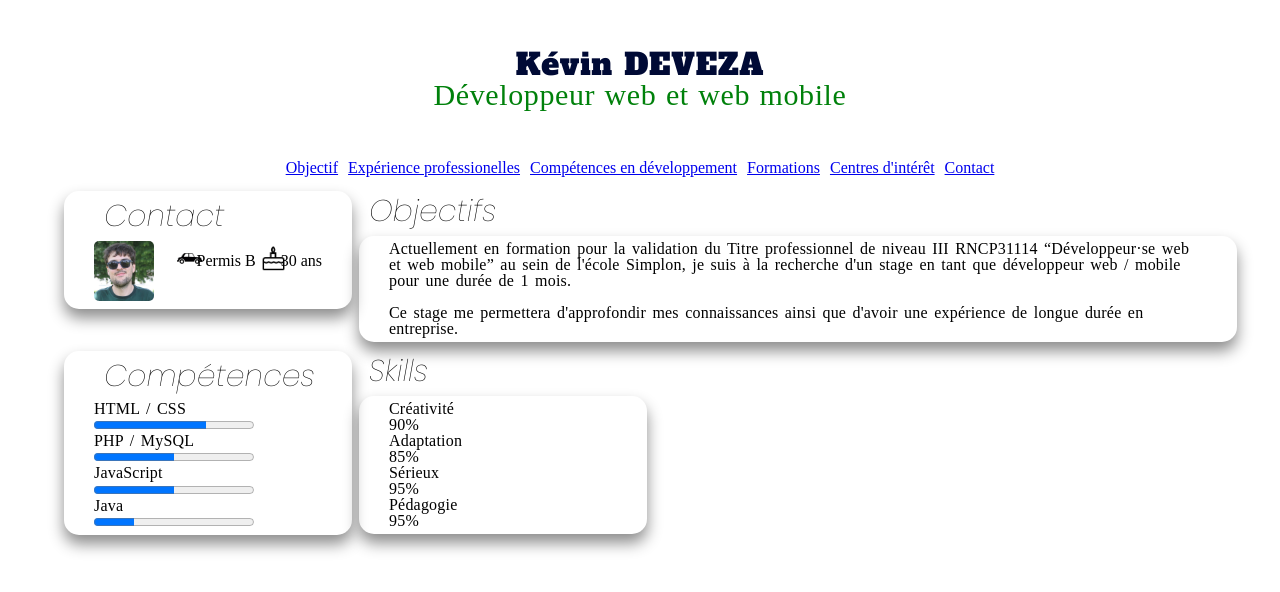
Repository: KevinDvZ/kevindvz.github.io
Page: index.html
An editor plug-in stored every save of this project. The page is shown before and after the next save, followed by the edit.
The browser window is 1280 px wide. The pictures show the whole page.

Above is the page before, as saved 2020-10-28 13:08:11.

### index.html
<!DOCTYPE html>
<html>
    <!--HEADER-->
<head>
    <title id="nomprenom">DEVEZA Kevin - Développeur Web et Web mobile.</title>
        <meta charset="utf-8" />
        <meta name="description" contents="CV de Kévin DEVEZA, développeur web  et web mobile junior."/>
        <link rel="stylesheet" href="css/cv_deveza.css" />
        <link rel="stylesheet" href="css/reset.css"/>
        <link href="https://fonts.googleapis.com/css2?family=Alfa+Slab+One&display=swap" rel="stylesheet">
        <link href="https://fonts.googleapis.com/css2?family=Abril+Fatface&display=swap" rel="stylesheet">
        <link href="https://fonts.googleapis.com/css2?family=Poppins:ital,wght@1,100&display=swap" rel="stylesheet">
</head>

<body>

<header>

    <div class="text-center">
         <h1 id="nomprenom">Kévin DEVEZA</h1>
         <p id="metier">Développeur web et web mobile</p>
    </div>
</header>

<nav>
        <a class="menu" href="#intro">Objectif</a>
        <a class="menu" href="#experience">Expérience professionelles</a>
        <a class="menu" href="#langages">Compétences en développement</a>
        <a class="menu" href="#formations">Formations</a>
        <a class="menu" href="#interets">Centres d'intérêt</a>
        <a class="menu" href="#contact">Contact</a>
</nav>

<main>

<div id="cadre-obj">
        <h2 class="entete">Objectifs</h2>
        <div class="cadre">
        <p class="p-center">Actuellement en formation pour la validation du Titre professionnel de niveau III RNCP31114  “Développeur·se web et web mobile” au sein de l'école Simplon, je suis à la recherche d'un stage en tant que développeur web / mobile pour une durée de 1 mois.</p>
        <br>
    <p class="p-center">Ce stage me permettera d'approfondir mes connaissances ainsi que d'avoir une expérience de longue durée en entreprise.</p>
</div>
</div>

<div id="cadre-contact">
    <div class="cadre">
      <h2 class="entete">Contact</h2>

      <img src="assets/img/solaire_cv.jpg" alt="" class="img">
        <h3><img src="assets/icones/birthday_cake.png" alt="" class="icone">30 ans </h3>
        <h3><img src="assets/icones/car.png" alt="" class="icone">Permis B</h3>

      </div>
</div>

<div id="cadre-langages">
        <div class="cadre">
            <h2 class="entete">Compétences</h2>
                    <div class="cadre-jauges">
        <p>HTML / CSS<p>
        <progress id="file" max="100" value="70"> 70% </progress>
        <p>PHP / MySQL</p>
        <progress id="file" max="100" value="50"> 50% </progress>
        <p>JavaScript</p>
        <progress id="file" max="100" value="50"> 30% </progress>
        <p>Java<p>
        <progress id="file" max="100" value="25"> 25% </progress>
    </div>
</div>
    </div>
<div id="cadre-competences">
    <h2 class="entete">Skills</h2>
    <div class="cadre">
        <p>Créativité</p>
        <p>90%</p>
        <p>Adaptation</p>
        <p>85%</p>
        <p>Sérieux</p>
        <p>95%</p>
        <p>Pédagogie</p>
        <p>95%</p></div>

</div>



</main>
<body>
</html>

### css/cv_deveza.css
header {
  padding: 30px;
  text-align: center;
}

.text-center {
  display: inline-block;
  text-align: center;
  padding: 50px;
}

#nomprenom {
  font-family: "Alfa Slab One", cursive;
  font-size: 30px;
  letter-spacing: 0.8px;
  word-spacing: 1.4px;
  color: #000a35;
}

#metier {
  font-size: 30px;
  letter-spacing: 0.6px;
  word-spacing: 1.4px;
  color: #00810b;
  margin-bottom: auto;
}

nav {
  display: inline-block;
  text-align: center;
  width: 100%;
}
p {
  font-family: Georgia, serif;
  font-size: 14px;
  letter-spacing: 0.2px;
  word-spacing: 2.2px;
  color: #000000;
  font-weight: 400;
  text-decoration: rgb(68, 68, 68);
  font-style: normal;
  font-variant: normal;
  text-transform: none;
}

.pcenter {
  text-align: center;
}
.menu {
  margin: 3px 3px 3px 3px;
}

body {
  background: rgb(255, 255, 255);
}

main {
  margin-top: 20px;
  display: grid;
  gap: 9px 7px;
  height: auto;
  margin: 15px 5% auto 5%;
  grid-template-columns: repeat(4, 25%);
  grid-template-rows: auto;
  grid-template-areas: "contact obj obj obj";
}

#cadre-obj {
  grid-area: obj;
}

h2 {
}

h3 {
  float: right;
}

address {
  float: right;
}

#cadre-contact {
  grid-area: contact;
}

.intro {
  margin: 20px 1px 0px 0px;
  display: grid;
  grid-area: intro;
  gap: 1% 25px;
  padding-left: 30px;
  border-radius: 15px;
  background: #ffffff;
}

.img {
  max-height: 60px;
  margin-right: 5px;
  border-radius: 5px;
}

.entete {
  font-family: "Abril Fatface", cursive;
  font-size: 30px;
  display: block;
  font-family: "Poppins", sans-serif;
  margin: 5px auto 10px 10px;
}

.cadre {
  box-shadow: 0 9px 15px rgba(0, 0, 0, 0.45);
  display: block;
  padding: 5px 30px 5px 30px;
  border-radius: 15px;
}

li {
  list-style: square;
}

#competences {
  background-color: aqua;
  float: left;
}

.icone {
  width: 25px;
  position: relative;
  top: 5px;
  left: 5px;
}

Loaded but not shown: css/reset.css (common file)

After the next save:
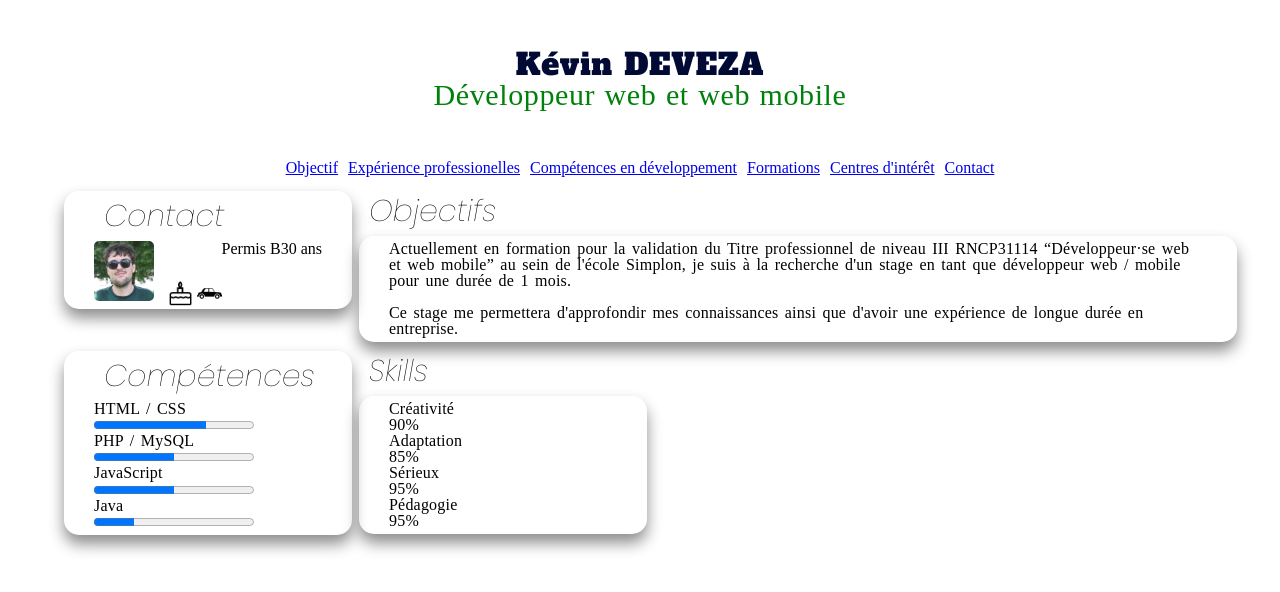
Saved 19 h 13 min later.
--- a/index.html
+++ b/index.html
@@ -45,12 +45,10 @@
 <div id="cadre-contact">
     <div class="cadre">
       <h2 class="entete">Contact</h2>
-
-      <img src="assets/img/solaire_cv.jpg" alt="" class="img">
-        <h3><img src="assets/icones/birthday_cake.png" alt="" class="icone">30 ans </h3>
-        <h3><img src="assets/icones/car.png" alt="" class="icone">Permis B</h3>
-
-      </div>
+      <img src="assets/img/solaire_cv.jpg" alt="image_profil" class="img">
+      <img src="assets/icones/birthday_cake.png" alt="" class="icone"><h3>30 ans </h3>
+      <img src="assets/icones/car.png" alt="" class="icone"><h3>Permis B</h3>
+    </div>
 </div>
 
 <div id="cadre-langages">
